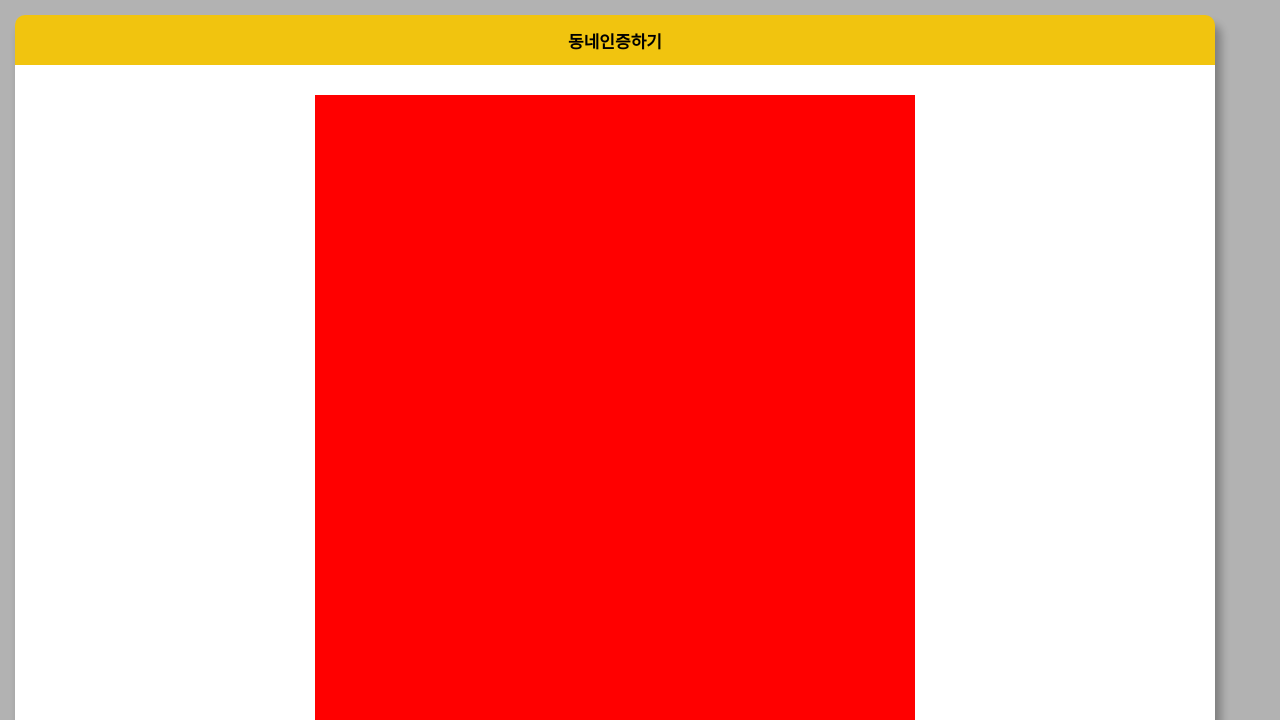
Repository: Corn-Market/Front-end
Page: http://localhost/CornMarket/resources/views/popup_profile_update.jsp
These files come from the project's save history. The page is drawn as it stood at one moment and after the next save; the edit follows.
The browser window is 1280 px wide. The pictures show the whole page.
The page is served by Tomcat 9. Other server files are loaded and not shown.

Above is the page before, as saved 2022-12-19 05:48:55.

### CornMarket/src/main/webapp/resources/views/popup_profile_update.jsp
<%@ page language="java" contentType="text/html; charset=UTF-8"
    pageEncoding="UTF-8"%>
<%@ taglib uri="http://java.sun.com/jsp/jstl/core" prefix="c" %>
<c:set var="path" value="${pageContext.request.contextPath}"/>
<!DOCTYPE html>
<html>
<head>
<meta charset="EUC-KR">
<title>Insert title here</title>
<link rel="stylesheet" href="${path}/resources/css/popup_mytown.css"/>
<script src="https://ajax.googleapis.com/ajax/libs/jquery/3.5.1/jquery.min.js"></script><script src="https://ajax.googleapis.com/ajax/libs/jquery/3.5.1/jquery.min.js"></script>
</head>
<body>
	<div class="container">
        <div class="popup-wrap" id="popup">
          <div class="popup">
            <div class="popup-head">
                <span class="head-title">동네인증하기</span>
            </div>
            <div class="popup-body">
              <div class="body-content">
                <div class="body-titlebox">
                </div>
                <div class="body-contentbox">
                  <input type="button" class="serach_btn" value="불러오기">
                </div>
              </div>
            </div>
            <div class="popup-foot">
              <span class="pop-btn confirm" id="confirm" onclick="">저장</span>
              <span class="pop-btn close" id="close" onclick="">창 닫기</span>
            </div>
          </div>
         </div>
    </div>
</body>
</html>

### CornMarket/src/main/webapp/resources/css/popup_mytown.css
.popup-wrap{
    background-color:rgba(0,0,0,.3);
    justify-content:center;
    align-items:center;
    position:fixed;
    top:0;
    left:0;
    right:0;
    bottom:0;
    padding:15px;

  }

  .popup{
    width:1200px;
    max-width:1500px;
    border-radius:10px;
    overflow:hidden;
    background-color:rgb(241, 196, 15);
    font-size: 17px;
    font-weight: bold;
    box-shadow: 5px 10px 10px 1px rgba(0,0,0,.3);
  }

  .popup-head{
    width:100%;
    height:50px;
    display:flex;
    align-items:center;
    justify-content:center;
  }

  .popup-body{
    background-color:#ffffff;
  }
  .body-content{
    padding:20px;
  }
  .body-titlebox{
    text-align:center;
    width:600px;
    height:700px;
    background-color:red;
    margin:10px auto;
  }
  .body-contentbox{

    margin:10px auto;
  }

  .popup-foot{
    width:100%;
    height:50px;
    display: flex;
  }

  .pop-btn{
    display:inline-flex;
    width:50%;
    height:100%;
    justify-content:center;
    align-items:center;
    float:left;
    color:rgb(255, 255, 255);
    cursor:pointer;
  }
  .pop-btn.confirm{
    border-right:1px solid black;
  }

After the next save:
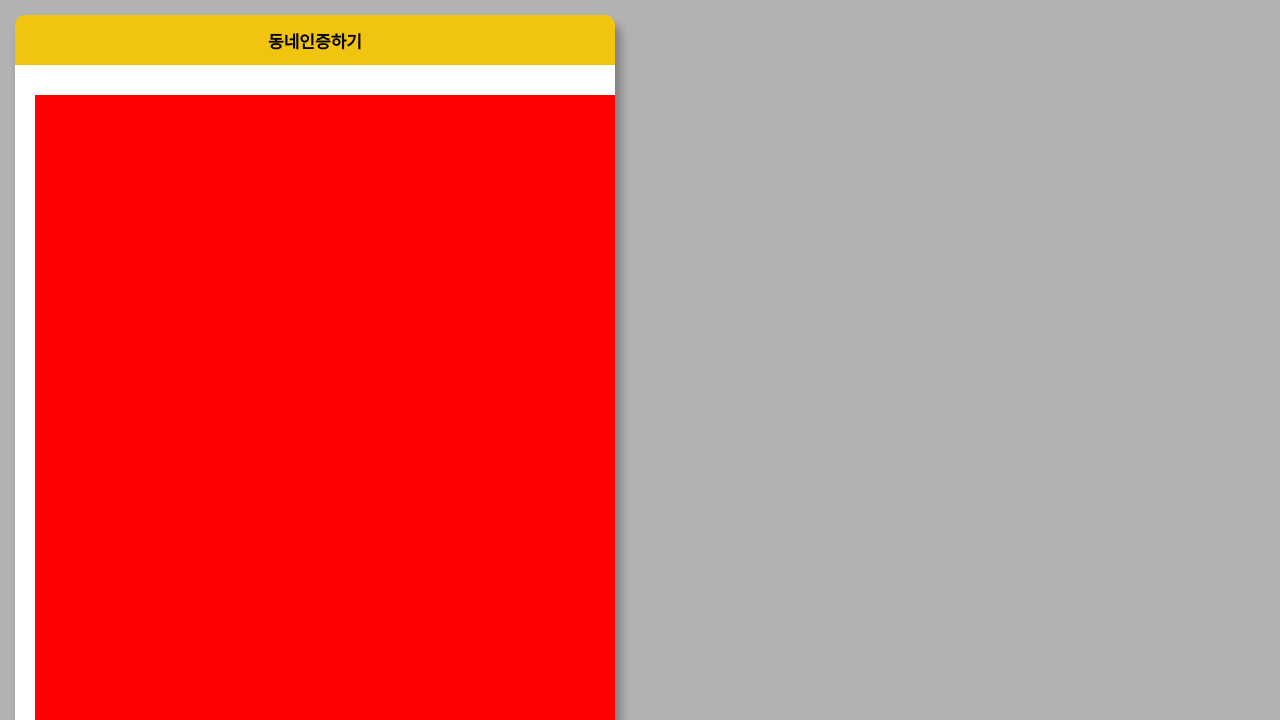
Saved 33 s later.
--- a/CornMarket/src/main/webapp/resources/css/popup_mytown.css
+++ b/CornMarket/src/main/webapp/resources/css/popup_mytown.css
@@ -12,8 +12,8 @@
   }
 
   .popup{
-    width:1200px;
-    max-width:1500px;
+    width:600px;
+    max-width:700px;
     border-radius:10px;
     overflow:hidden;
     background-color:rgb(241, 196, 15);
